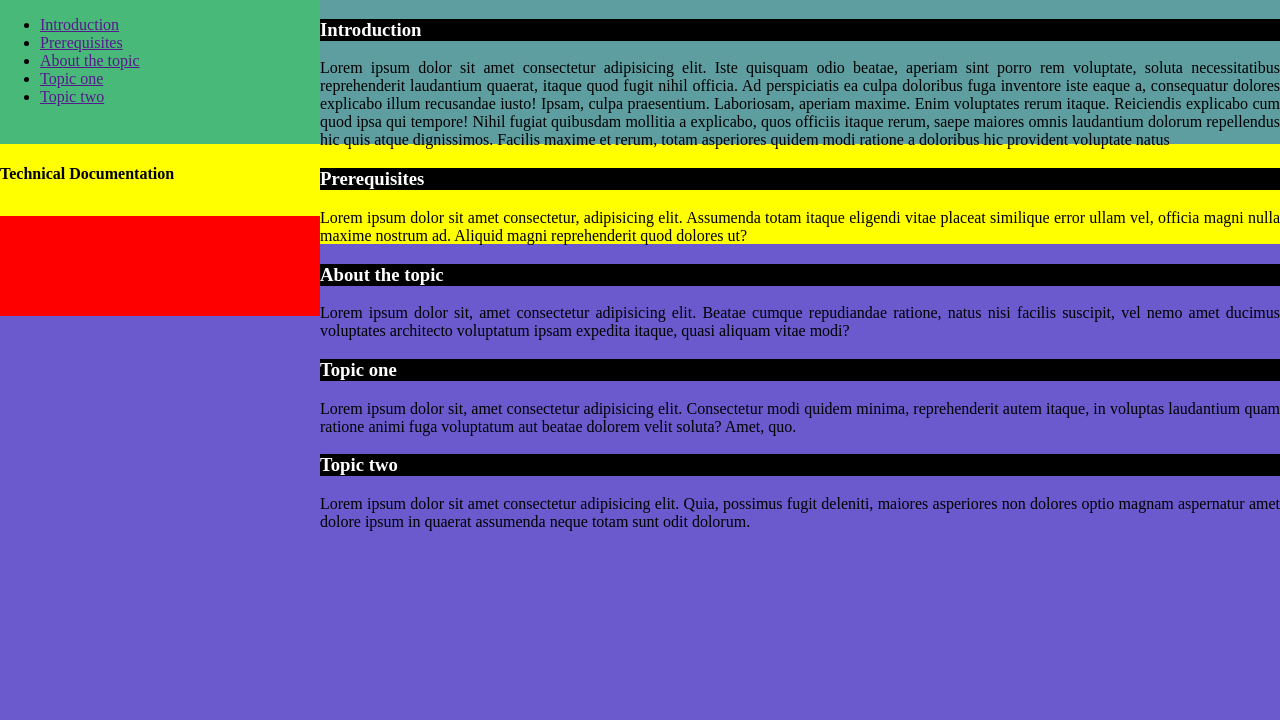
Repository: JoaoLemesDEV/Excercise-Tech-Documentation-Page
Page: index.html
These files come from the project's save history. The page is drawn as it stood at one moment and after the next save; the edit follows.
The browser window is 1280 px wide. The pictures show the whole page.

Above is the page before, as saved 2021-10-03 21:44:42.

After the next save:
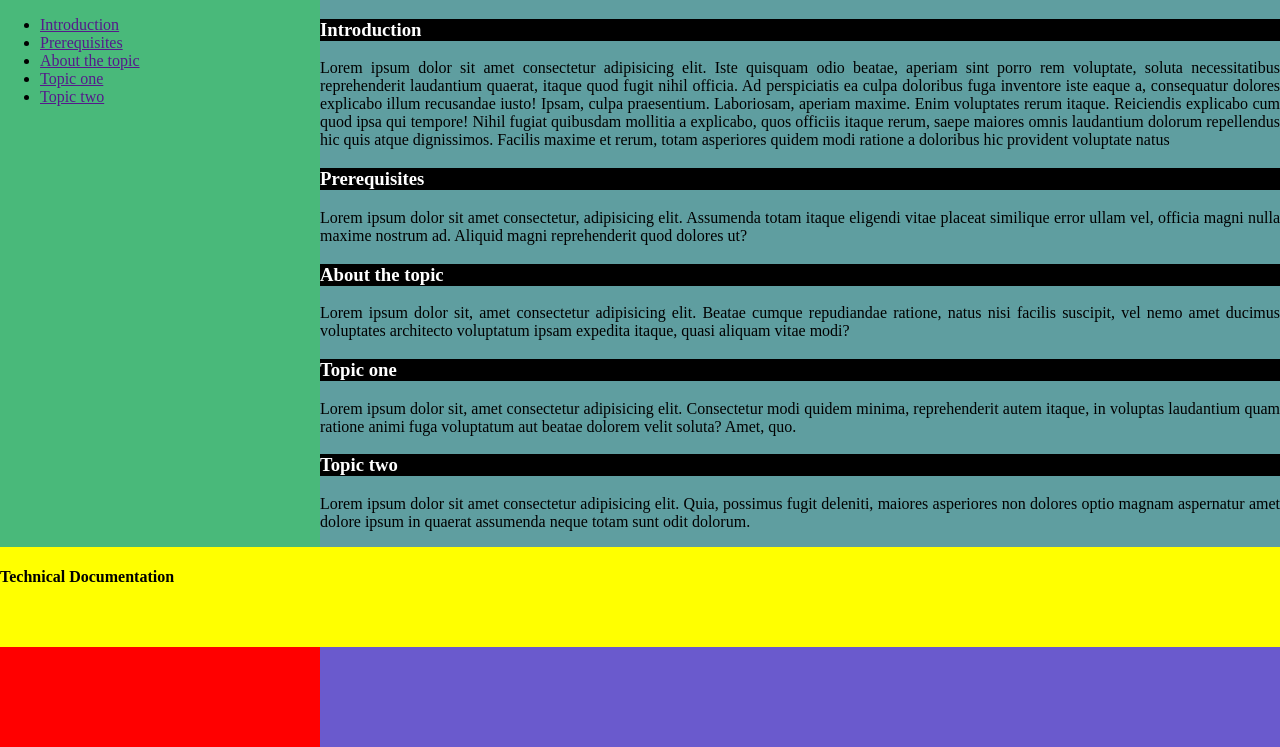
Saved 7 s later.
--- a/index.css
+++ b/index.css
@@ -8,7 +8,7 @@ html body{
 .wrapper {
     display: grid;
     grid-template-columns: 1fr 3fr;
-    grid-template-rows: 20vh 10vh 10vh;
+    //grid-template-rows: 20vh 10vh 10vh;
 }
 
 header{
